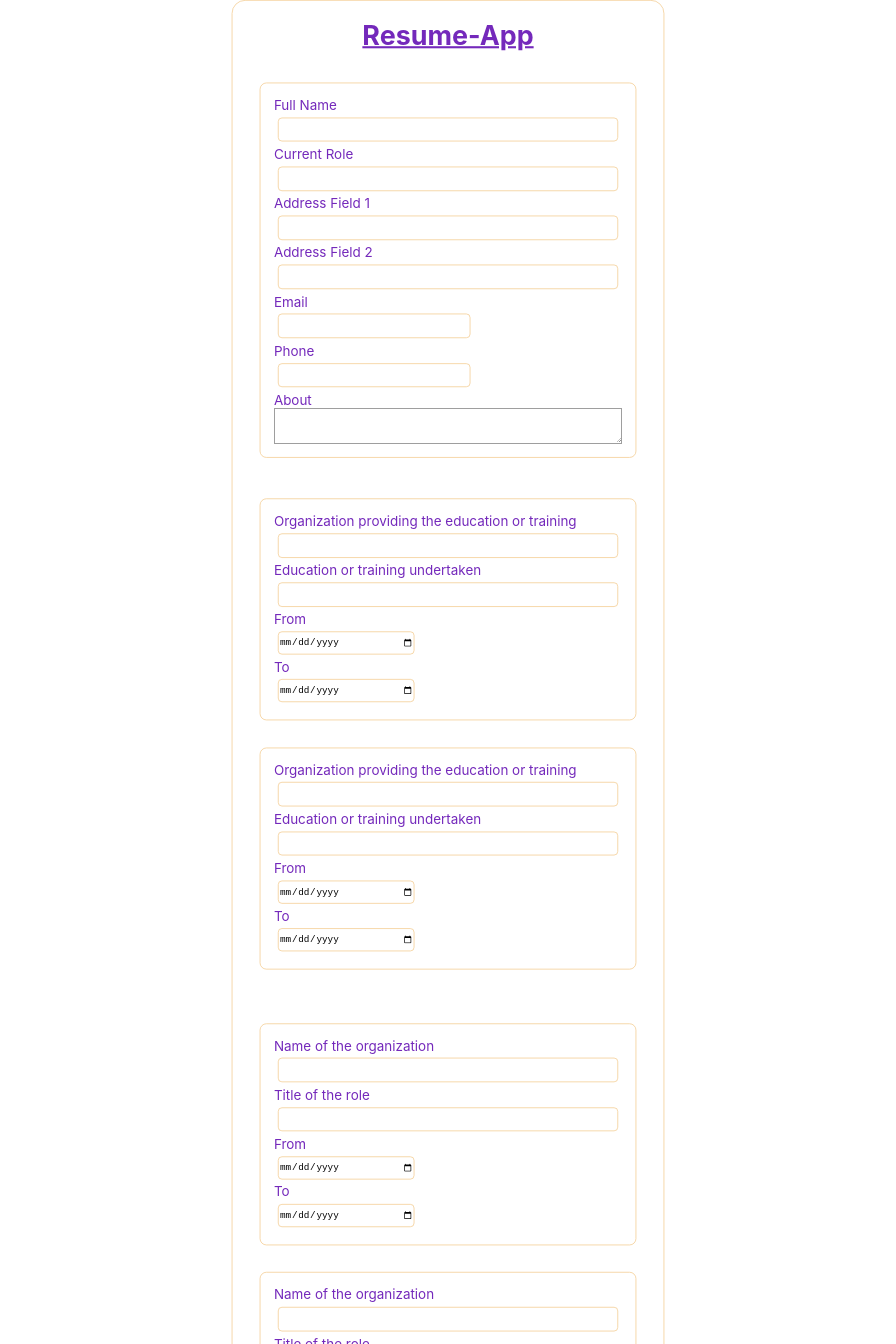
Repository: 0101chaitanya/resume-app
Page: /
An editor plug-in stored every save of this project. The page is shown before and after a run of saves, followed by the edit.
The browser window is 1280 px wide. The pictures show the part of the page from y = 0 to 1920 px (the page is 3429 px tall), at 70% of full size.
The project was rebuilt for these pictures with package versions that can differ from the ones it lists, and the page was loaded fresh each time.

Above is the page before, as saved 2021-07-28 18:31:45.

After the next 2 saves:
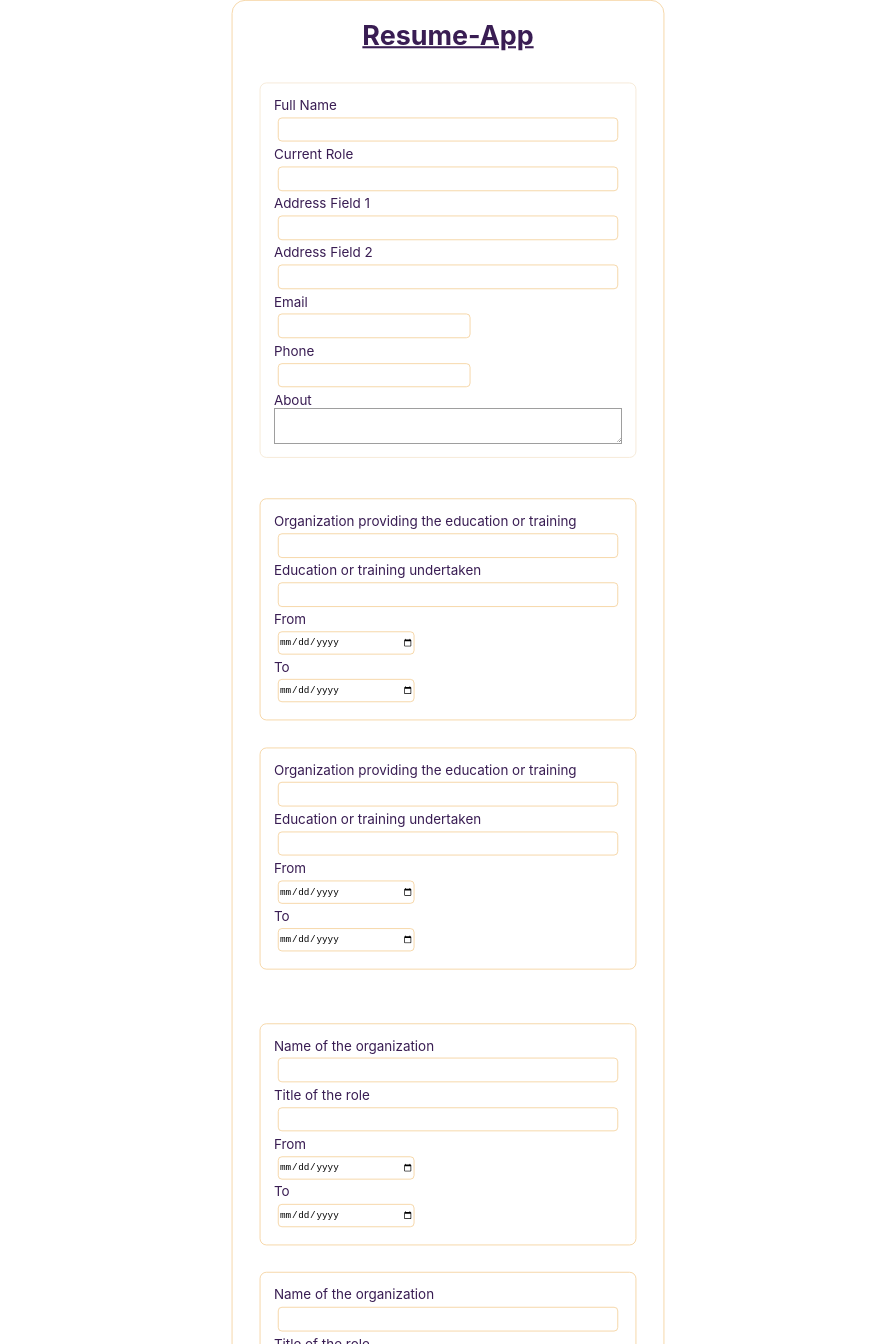
The 2 saves are shown as one change because they came seconds apart.
The last was saved 24 s later.
--- a/src/App.css
+++ b/src/App.css
@@ -1,7 +1,7 @@
 html {
   font-size: 1.2rem;
   font-weight: 400;
-  color: rgb(116, 41, 187);
+  color: rgb(57, 29, 83);
 }
 input {
   border-radius: 0.3rem;
@@ -79,5 +79,5 @@ button {
   padding: 1rem;
 
   border-radius: 0.5rem;
-  border: 1px solid rgb(243, 200, 135);
+  border: 1px solid rgb(243, 227, 202);
 }
